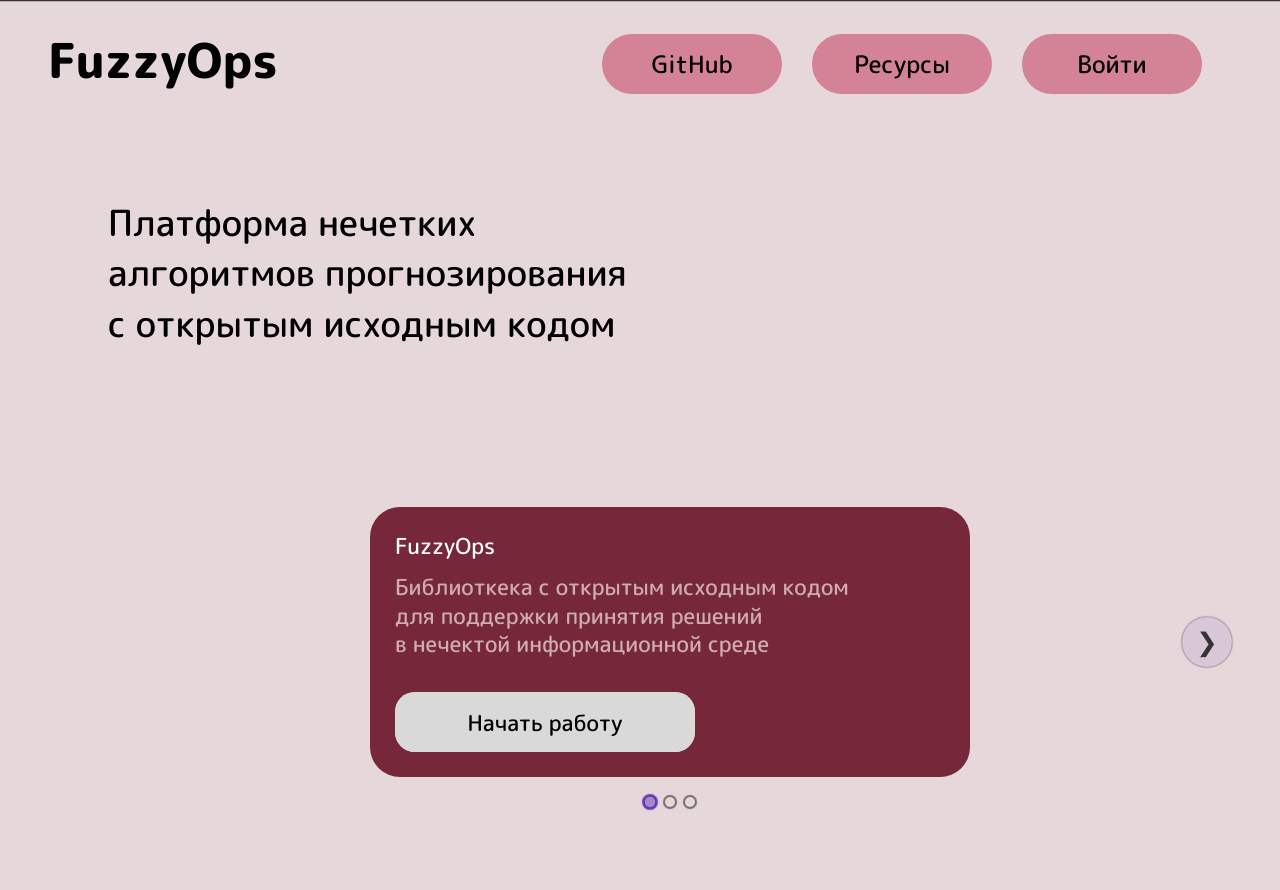
Repository: Kotya2001/FuzzyOps-App
Page: / (app in frontend/my-app/)
The author's editor kept a copy of each file at every save. The page is drawn from the files as they stood at one save, then again after a run of saves.
The browser window is 1280 px wide. The pictures show the whole page.
Some web fonts or font styles are not loaded; a fallback is used. The project was rebuilt for these pictures with package versions that can differ from the ones it lists, and the page was loaded fresh each time. Also part of the build but not shown: frontend/my-app/src/pages/Login.js, frontend/my-app/src/pages/Resources.js, frontend/my-app/src/pages/Register.js.

Above is the page before, as saved 2022-09-18 14:37:21.

After the next 2 saves:
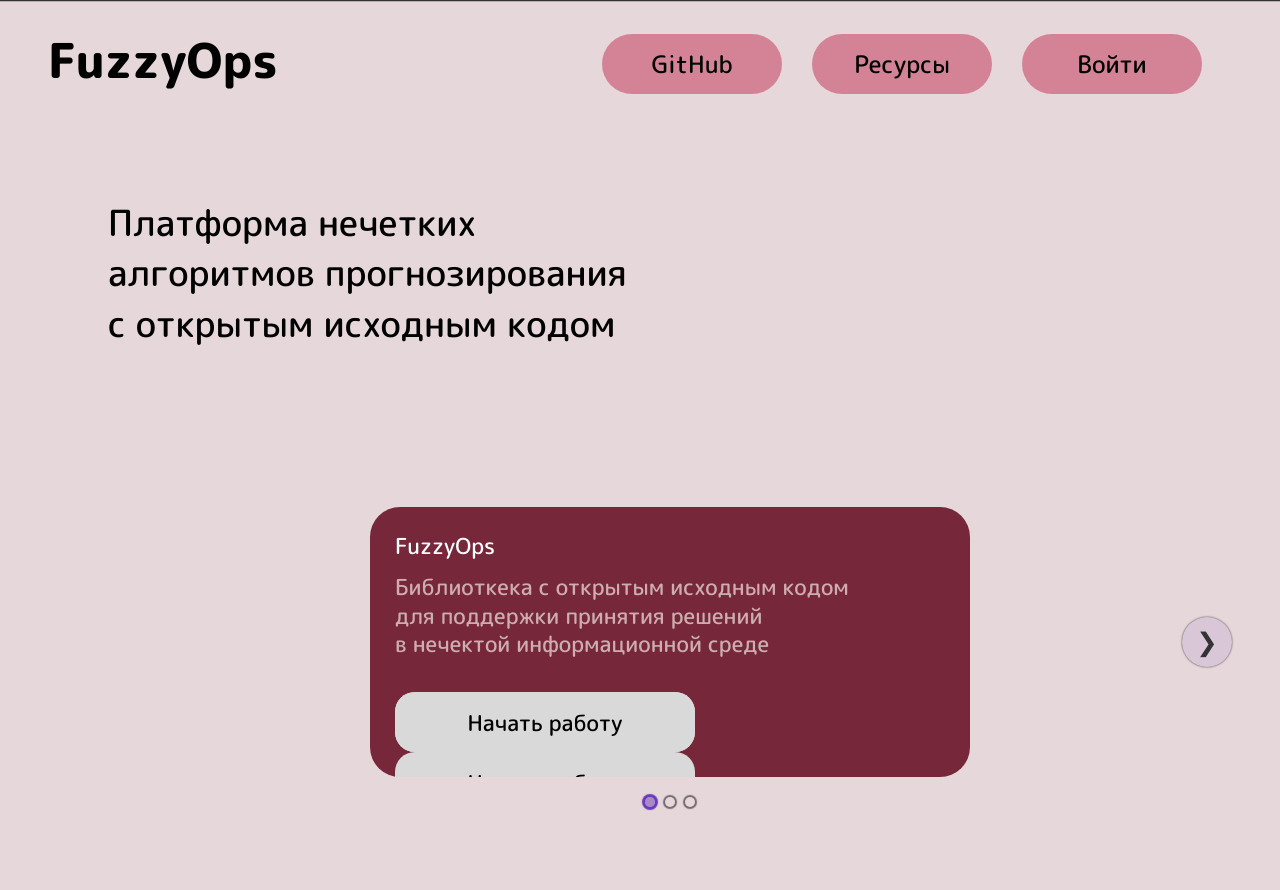
The 2 saves are shown as one change because they came seconds apart.
The last was saved 7 s later.
--- a/frontend/my-app/src/pages/Base.js
+++ b/frontend/my-app/src/pages/Base.js
@@ -65,7 +65,7 @@
                                         <button className='start'>Начать работу</button>
                                     </form>
                                     <NavLink to='/register'>
-
+                                        <button className='start'>Начать работу</button>
                                     </NavLink>
                                 </Button>
                             </Item>

After the save that followed:
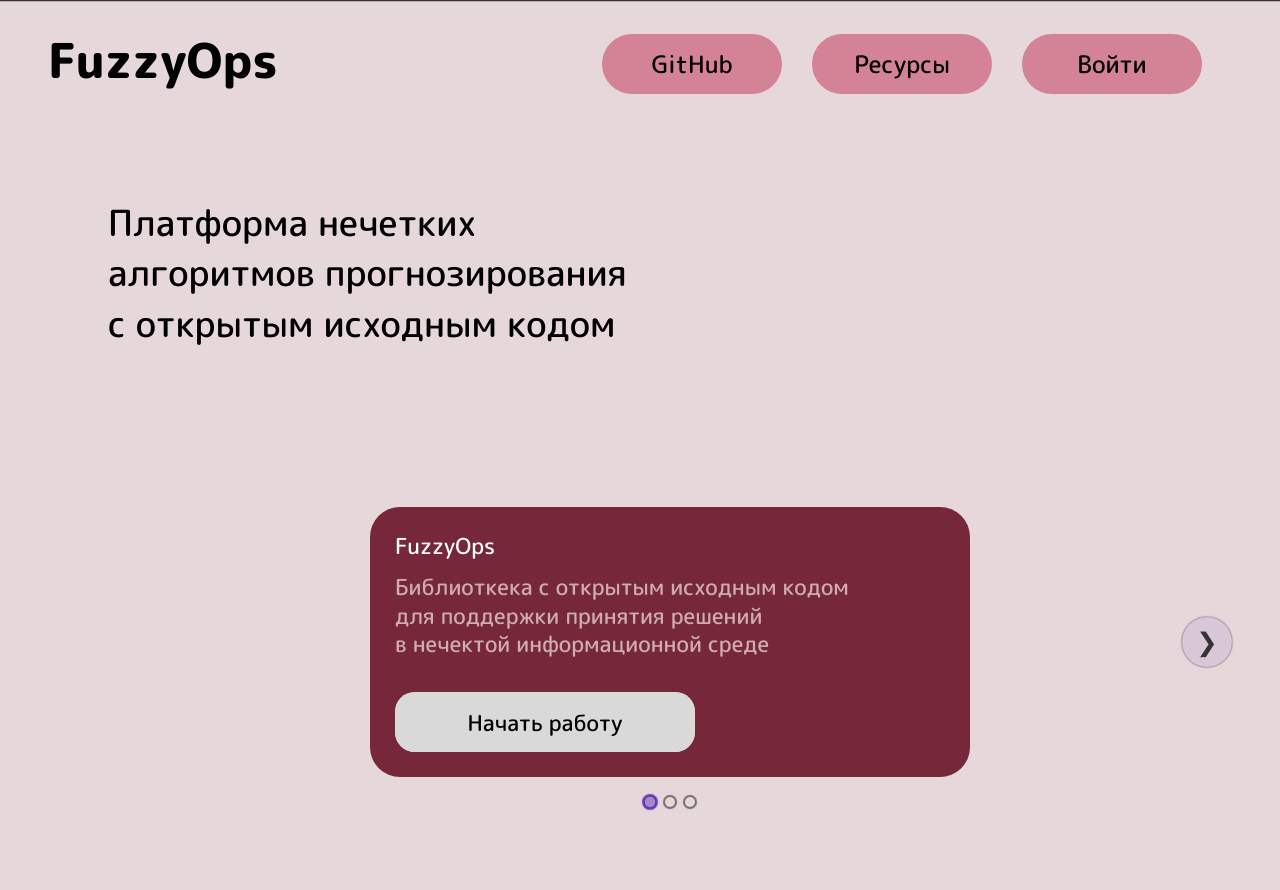
Saved 4 s later.
--- a/frontend/my-app/src/pages/Base.js
+++ b/frontend/my-app/src/pages/Base.js
@@ -61,9 +61,9 @@
                                     <p className='caption'>в нечектой информационной среде</p>
                                 </Name>
                                 <Button>
-                                    <form action="/register">
+                                    {/* <form action="/register">
                                         <button className='start'>Начать работу</button>
-                                    </form>
+                                    </form> */}
                                     <NavLink to='/register'>
                                         <button className='start'>Начать работу</button>
                                     </NavLink>
